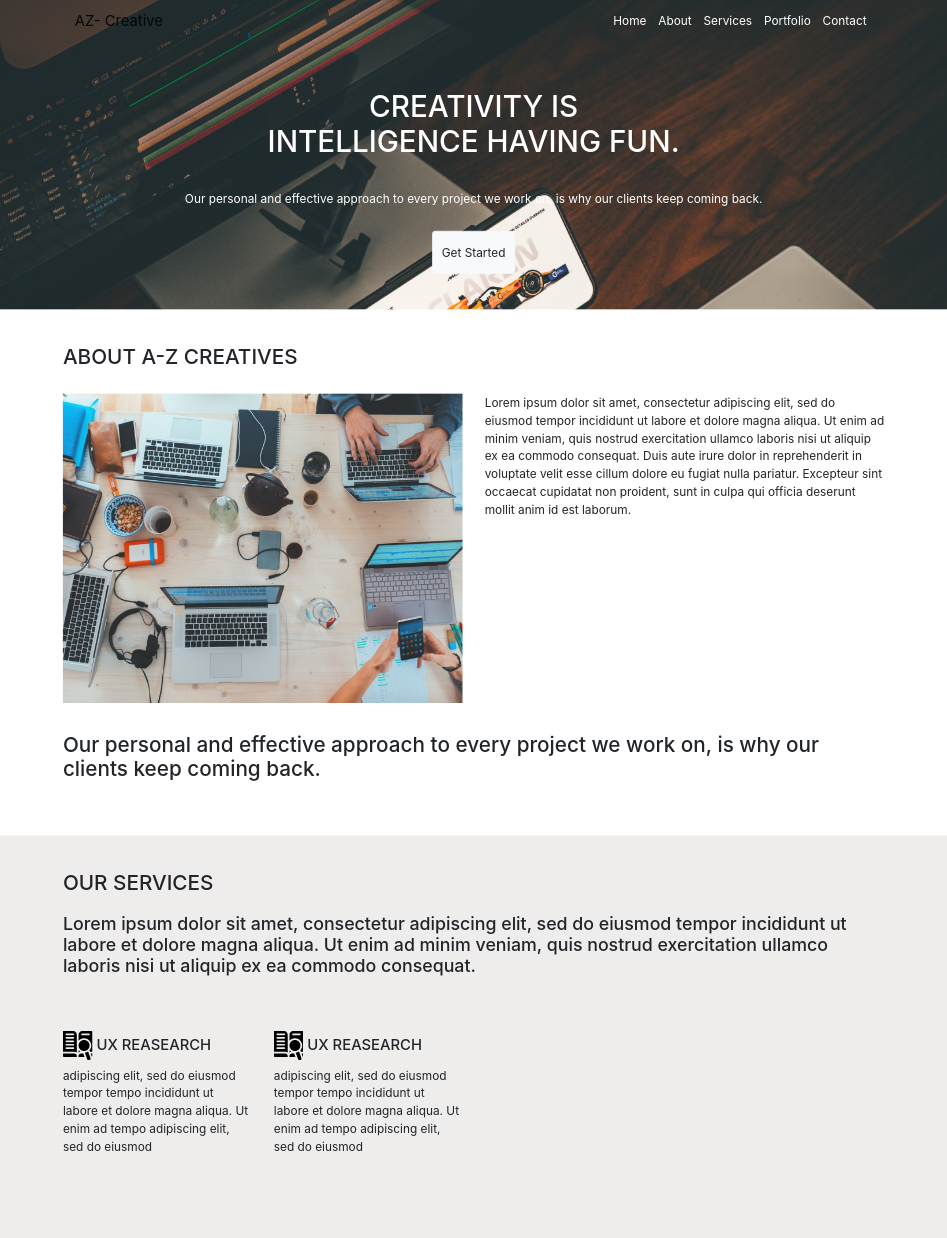
Repository: Syfon01/hng-port
Page: index.html
An editor plug-in stored every save of this project. The page is shown before and after a run of saves, followed by the edit.
The browser window is 1280 px wide. The pictures show the whole page, at 74% of full size.

Above is the page before, as saved 2020-06-27 20:54:42.

After the next 3 saves:
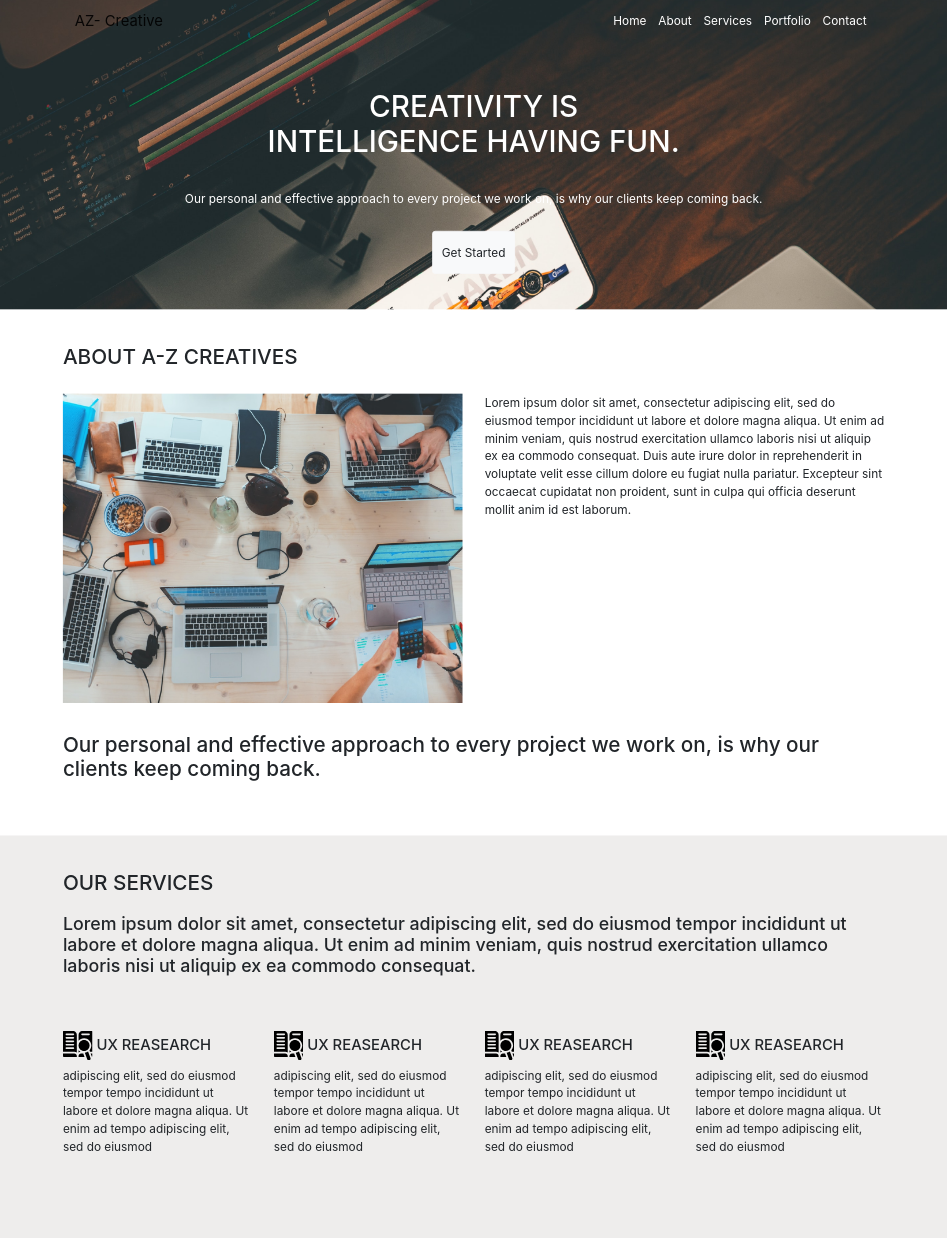
The 3 saves are shown as one change because they came seconds apart.
The last was saved 27 s later.
--- a/index.html
+++ b/index.html
@@ -103,6 +103,21 @@
             adipiscing elit, sed do eiusmod
           </p>
           </div>
+          <div class="col-lg-3 col-md-6 col-sm-12 ">
+            <h5><img src="./img/svg/ux.svg"> UX REASEARCH</h5>
+            <p>
+              adipiscing elit, sed do eiusmod tempor tempo incididunt ut labore et dolore magna aliqua. Ut enim ad tempo
+              adipiscing elit, sed do eiusmod
+            </p>
+          </div>
+          <div class="col-lg-3 col-md-6 col-sm-12 ">
+            <h5><img src="./img/svg/ux.svg"> UX REASEARCH</h5>
+            <p>
+              adipiscing elit, sed do eiusmod tempor tempo incididunt ut labore et dolore magna aliqua. Ut enim ad tempo
+              adipiscing elit, sed do eiusmod
+            </p>
+          </div>
+
         </div>
       </div>
 
